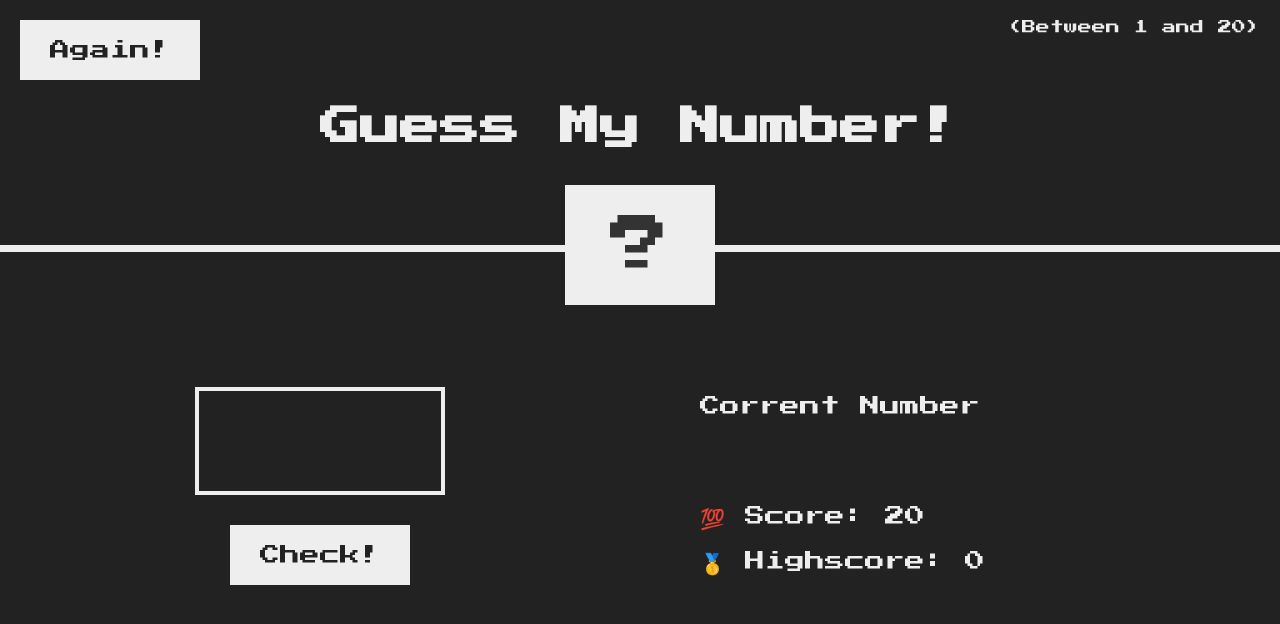
Repository: Samkiroko/guess-my-number
Page: index.html
The author's editor kept a copy of each file at every save. The page is drawn from the files as they stood at one save, then again after the next save.
The browser window is 1280 px wide. The pictures show the whole page.

Above is the page before, as saved 2021-02-18 12:41:56.

After the next save:
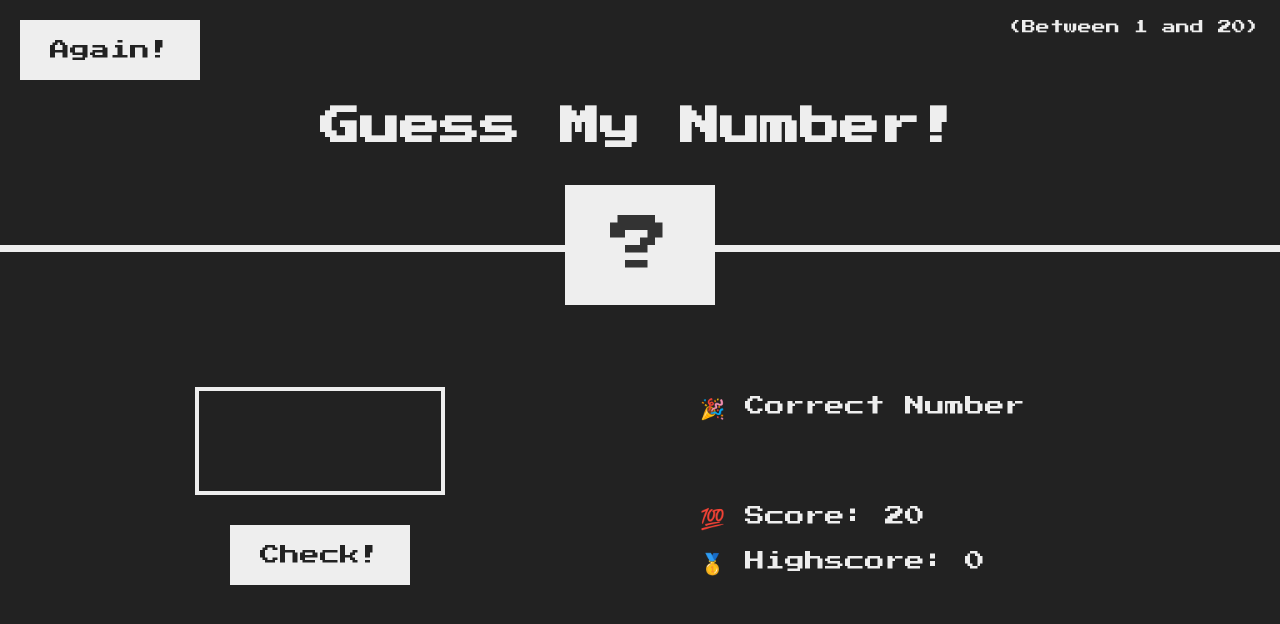
Saved 57 s later.
--- a/script.js
+++ b/script.js
@@ -1,4 +1,4 @@
 'use strict';
 
 console.log(document.querySelector('.message').textContent);
-document.querySelector('.message').textContent = 'Corrent Number';
+document.querySelector('.message').textContent = '🎉 Correct Number';
